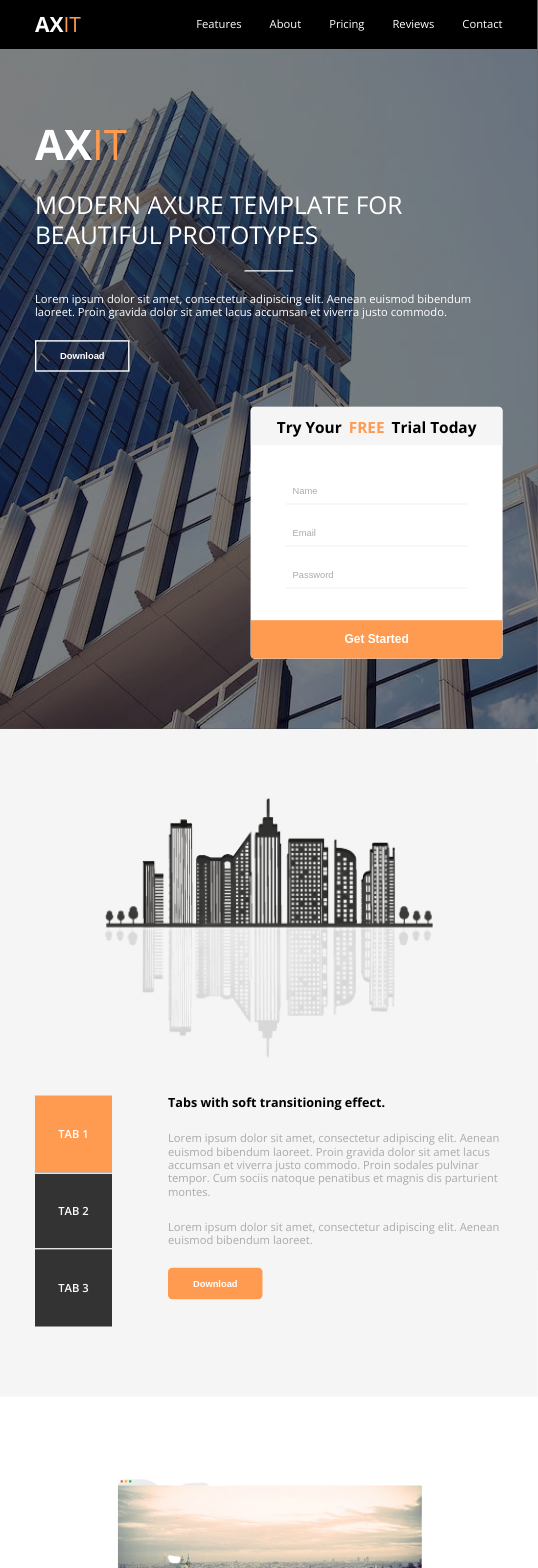
Repository: dinhtri123/axureThems
Page: index.html
An editor plug-in stored every save of this project. The page is shown before and after the next save, followed by the edit.
The browser window is 768 px wide. The pictures show the part of the page from y = 0 to 2240 px (the page is 5406 px tall), at 70% of full size.

Above is the page before, as saved 2023-02-11 19:16:11.

### index.html
<!DOCTYPE html>
<html lang="en">
  <head>
    <meta charset="UTF-8" />
    <meta http-equiv="X-UA-Compatible" content="IE=edge" />
    <meta name="viewport" content="width=device-width, initial-scale=1.0" />
    <title>Axure Themes</title>
    <script
      type="module"
      src="https://unpkg.com/ionicons@5.5.2/dist/ionicons/ionicons.esm.js"
    ></script>
    <script
      nomodule
      src="https://unpkg.com/ionicons@5.5.2/dist/ionicons/ionicons.js"
    ></script>
    <link rel="stylesheet" href="style.css" />
  </head>
  <body>
    <header>
      <div class="container headerMain">
        <a href="index.html" class="logo">
          <span>AX</span>
          <span>IT</span>
        </a>
        <nav>
          <ul>
            <li><a href="#">Features</a></li>
            <li><a href="#">About</a></li>
            <li><a href="#">Pricing</a></li>
            <li><a href="#">Reviews</a></li>
            <li><a href="#">Contact</a></li>
          </ul>
        </nav>
      </div>
    </header>
    <div class="banner">
      <div class="imageBanner">
        <img src="./image/banner.jpeg" alt="" />
      </div>
      <div class="container bannerMain">
        <div class="bannerLeft">
          <a href="index.html" class="logo logoBanner">
            <span>AX</span>
            <span>IT</span>
          </a>
          <h3>MODERN AXURE TEMPLATE FOR BEAUTIFUL PROTOTYPES</h3>
          <span class="line"></span>
          <p>
            Lorem ipsum dolor sit amet, consectetur adipiscing elit. Aenean
            euismod bibendum laoreet. Proin gravida dolor sit amet lacus
            accumsan et viverra justo commodo.
          </p>
          <button class="btn">Download</button>
        </div>
        <div class="bannerRight">
          <form autocomplete="off" class="formBanner">
            <h3>Try Your <span>FREE</span> Trial Today</h3>
            <div class="inputForm">
              <input type="text" name="name" id="name" placeholder="Name" />
              <input type="email" name="email" id="email" placeholder="Email" />
              <input
                type="password"
                name="password"
                id="password"
                placeholder="Password"
              />
            </div>
            <button class="btnForm">Get Started</button>
          </form>
        </div>
      </div>
    </div>
    <main>
      <div class="mainTabs">
        <div class="container mainTabsContent">
          <div class="tabsLeft">
            <div class="tabsNumber">
              <span class="tabs active" onclick="showTab(event,'tab1')">TAB 1</span>
              <span class="tabs" onclick="showTab(event,'tab2')">TAB 2</span>
              <span class="tabs" onclick="showTab(event,'tab3')">TAB 3</span>
            </div>
            <div class="tabsContent" id="tab1">
              <h3>Tabs with soft transitioning effect.</h3>
              <p>
                Lorem ipsum dolor sit amet, consectetur adipiscing elit. Aenean
                euismod bibendum laoreet. Proin gravida dolor sit amet lacus
                accumsan et viverra justo commodo. Proin sodales pulvinar
                tempor. Cum sociis natoque penatibus et magnis dis parturient
                montes.
              </p>
              <p>
                Lorem ipsum dolor sit amet, consectetur adipiscing elit. Aenean
                euismod bibendum laoreet.
              </p>
              <button class="btn btnTabs">Download</button>
            </div>
            <div class="tabsContent" id="tab2">
                <h3>Tabs 2 with soft transitioning effect.</h3>
                <p>
                  Lorem ipsum dolor sit amet, consectetur adipiscing elit. Aenean
                  euismod bibendum laoreet. Proin gravida dolor sit amet lacus
                  accumsan et viverra justo commodo. Proin sodales pulvinar
                  tempor. Cum sociis natoque penatibus et magnis dis parturient
                  montes.
                </p>
                <p>
                  Lorem ipsum dolor sit amet, consectetur adipiscing elit. Aenean
                  euismod bibendum laoreet.
                </p>
                <button class="btn btnTabs">Download</button>
              </div>
              <div class="tabsContent" id="tab3">
                <h3>Tabs 3 with soft transitioning effect.</h3>
                <p>
                  Lorem ipsum dolor sit amet, consectetur adipiscing elit. Aenean
                  euismod bibendum laoreet. Proin gravida dolor sit amet lacus
                  accumsan et viverra justo commodo. Proin sodales pulvinar
                  tempor. Cum sociis natoque penatibus et magnis dis parturient
                  montes.
                </p>
                <p>
                  Lorem ipsum dolor sit amet, consectetur adipiscing elit. Aenean
                  euismod bibendum laoreet.
                </p>
                <button class="btn btnTabs">Download</button>
              </div>
          </div>
          <div class="tabsRight">
            <img src="./image/img.png" alt="" />
          </div>
        </div>
      </div>
      <div class="mainSublist">
        <div class="container sublistMain">
          <div class="subLeft">
            <img src="./image/img2.png" alt="" />
          </div>
          <div class="subRight">
            <h3>Sub list Section</h3>
            <span class="line lineSub"></span>
            <p>
              Lorem ipsum dolor sit amet, consectetur adipiscing elit. Aenean
              euismod bibendum laoreet. Proin gravida dolor sit amet lacus
              accumsan et viverra justo commodo.
            </p>
            <div class="subDesc">
                <div class="ionicon">
                    <div class="icon">
                      <ion-icon name="cloud-upload"></ion-icon>
                    </div>
                </div>
              <div class="subDescItem">
                <h4>Title</h4>
                <p>
                  Lorem ipsum dolor sit amet, consectetur adipiscing elit.
                  Aenean euismod bibendum laoreet.
                </p>
              </div>
            </div>
            <div class="subDesc">
                <div class="ionicon">
                    <div class="icon">
                      <ion-icon name="cloud-download"></ion-icon>
                    </div>
                </div>
              <div class="subDescItem">
                <h4>Title</h4>
                <p>
                  Lorem ipsum dolor sit amet, consectetur adipiscing elit.
                  Aenean euismod bibendum laoreet.
                </p>
              </div>
            </div>
          </div>
        </div>
      </div>
      <div class="mainSection">
        <div class="container sectionContent">
          <div class="sectionLeft">
            <h3>Standard Picture Section</h3>
            <span class="line sectionLine"></span>
            <p>
              Lorem ipsum dolor sit amet, consectetur adipiscing elit. Aenean
              euismod bibendum laoreet. Proin gravida dolor sit amet lacus
              accumsan et viverra justo commodo. Proin sodales pulvinar tempor.
              Cum sociis natoque penatibus et magnis dis parturient montes.
            </p>
            <p>
              Lorem ipsum dolor sit amet, consectetur adipiscing elit. Aenean
              euismod bibendum laoreet.
            </p>
          </div>
          <div class="sectionRight">
            <img src="./image/img4.jpg" alt="" />
          </div>
        </div>
      </div>
      <div class="mainAwesome">
        <div class="container awesomeContent">
          <h2>WHY THIS IS AWESOME</h2>
          <span class="line lineSub"></span>
          <p>Lorem ipsum dolor sit amet, consectetur adipiscing elit.</p>
          <div class="awesomeItems">
            <div class="awesomeCard">
              <div class="icon iconAwesome">
                <ion-icon name="sunny"></ion-icon>
              </div>
              <h3>Thoughtfull Design</h3>
              <p>
                Lorem ipsum dolor sit amet, consectetur adipiscing elit. Aenean
                euismod bibendum laoreet. Proin gravida dolor sit amet lacus
                accumsan et viverra.
              </p>
            </div>
            <div class="awesomeCard">
              <div class="icon iconAwesome">
                <ion-icon name="radio"></ion-icon>
              </div>
              <h3>Well Carfted</h3>
              <p>
                Lorem ipsum dolor sit amet, consectetur adipiscing elit. Aenean
                euismod bibendum laoreet. Proin gravida dolor sit amet lacus
                accumsan et viverra.
              </p>
            </div>
            <div class="awesomeCard">
              <div class="icon iconAwesome">
                <ion-icon name="flash"></ion-icon>
              </div>
              <h3>Easy to Customer</h3>
              <p>
                Lorem ipsum dolor sit amet, consectetur adipiscing elit. Aenean
                euismod bibendum laoreet. Proin gravida dolor sit amet lacus
                accumsan et viverra.
              </p>
            </div>
          </div>
        </div>
      </div>
      <div class="mainStylish">
        <div class="stylishBanner">
          <img src="./image/banner12.jpeg" alt="" />
        </div>
        <div class="container stylishContent">
          <h2 class="stylishTitle">STYLISH AXURE DESIGN</h2>
          <span class="line"></span>
          <p>Use the sections you need, remove the ones you don't.  Create gorgeous prototypes faster than ever!</p>
          <button class="btn">Download</button>
        </div>
      </div>
      <div class="mainContact">
        <div class="container contactContent">
            <h2>CONTACT US</h2>
            <span class="line lineSub"></span>
            <p>Lorem ipsum dolor sit amet, consectetur adipiscing elit.</p>
            <div class="contactForm">
                <div class="contactLeft">

                    <input type="text" name="name" id="name" placeholder="Name" />
                  <input type="email" name="email" id="email" placeholder="Email" />
                  <input
                    type="text"
                    name="subject"
                    id="subject"
                    placeholder="Subject"
                  />
                </div>
                <div class="contactRight">
                    <textarea name="message" id="message" placeholder="Message"></textarea>
                </div>
            </div>
            <button class="btn btnContact">Send Message</button>
        </div>
      </div>
    </main>
    <footer>
            <div class="container footerMain">
                <div class="iconSocial">
                <ion-icon name="logo-facebook"></ion-icon>
                <ion-icon name="logo-twitter"></ion-icon>
                <ion-icon name="logo-google"></ion-icon>
                <ion-icon name="logo-pinterest"></ion-icon>
                <ion-icon name="logo-instagram"></ion-icon>
                <ion-icon name="logo-rss"></ion-icon>
                </div>
                <p>@2021 Axure Themes</p>
            </div>
    </footer>
  </body>
  <script src="./index.js"></script>
</html>

### style.css
@import url("https://fonts.googleapis.com/css2?family=Open+Sans:wght@400;500;600;700&display=swap");
* {
  margin: 0;
  padding: 0;
  box-sizing: border-box;
  scroll-behavior: smooth;
}
:root {
  --bg-black: #000;
  --bg-white: #fff;
  --bg-orange: #ff9b51;
  --bg-light: #f5f5f5;
  --bg-gray: #dfdfdf;
  --bg-text: #a9aaac;
}
body {
  font-family: "Open Sans", sans-serif;
  font-weight: 400;
  font-size: 16px;
  line-height: 1.2;
  width: 100%;
  max-height: 100vh;
  height: 100%;
  color: var(--bg-white);
}
button,
a,
input {
  cursor: pointer;
  text-decoration: none;
  border: none;
  outline: none;
}
.container {
  max-width: 1100px;
  width: 100%;
  height: 100%;
  margin: 0px auto;
}

header {
  width: 100%;
  height: 70px;
  background: var(--bg-black);
}
.headerMain {
  display: flex;
  justify-content: space-between;
  align-items: center;
}
.logo {
  display: flex;
  text-decoration: none;
  font-size: 30px;
}
.logo span:first-child {
  font-weight: 700;
  color: var(--bg-white);
}
.logo span:last-child {
  font-weight: 400;
  color: var(--bg-orange);
}
nav ul {
  display: flex;
  align-items: center;
  gap: 40px;
  list-style: none;
}
nav ul li a {
  text-decoration: none;
  color: var(--bg-white);
}

/* --------------------- */

/* --------BANNER------------ */

.banner {
  width: 100%;
  background: var(--bg-black);
  position: relative;
}
.imageBanner {
  position: absolute;
  inset: 0;
  width: 100%;
  height: 100%;
  z-index: 0;
  filter: brightness(0.5);
}
.imageBanner img {
  width: 100%;
  height: 100%;
  object-fit: cover;
}
.bannerMain {
  padding: 100px 0px;
  display: grid;
  grid-template-columns: repeat(2, 1fr);
  gap: 50px;
  z-index: 10;
  isolation: isolate;
}
.bannerLeft {
  display: flex;
  flex-direction: column;
  gap: 30px;
}
.bannerRight {
  display: flex;
  justify-content: end;
  align-items: center;
}

.logoBanner {
  font-size: 60px;
}
.bannerLeft > h3 {
  font-size: 35px;
  font-weight: 300;
}
.line {
  width: 70px;
  height: 2px;
  background-color: var(--bg-white);
  border-radius: 8px;
}

.btn {
  width: 135px;
  height: 45px;
  border: 2px solid var(--bg-white);
  display: flex;
  justify-content: center;
  align-items: center;
  font-weight: 600;
  background: transparent;
  color: var(--bg-white);
}

.formBanner {
  width: 360px;
  height: 360px;
  border-radius: 6px;
  background: var(--bg-white);
  display: flex;
  flex-direction: column;
  justify-content: space-between;
  align-items: center;
  overflow: hidden;
}
.formBanner > h3 {
  width: 100%;
  height: 55px;
  font-size: 22px;
  color: var(--bg-black);
  font-weight: 700;
  background: var(--bg-light);
  display: flex;
  justify-content: center;
  align-items: center;
}
.formBanner > h3 > span {
  color: var(--bg-orange);
  padding: 0px 10px;
}
.inputForm {
  width: 100%;
  height: 250px;
  padding: 0px 50px;
  display: flex;
  flex-direction: column;
  justify-content: center;
  gap: 20px;
}
input {
  border: none;
  border-bottom: 2px solid var(--bg-light);
  padding: 0px 10px;
  width: 100%;
  height: 40px;
  outline: none;
}
input::placeholder {
  color: var(--bg-text);
}
.btnForm {
  width: 100%;
  height: 55px;
  background: var(--bg-orange);
  display: flex;
  justify-content: center;
  align-items: center;
  font-weight: 600;
  color: var(--bg-white);
  border: none;
  outline: none;
  font-size: 17px;
}
/* -------------------------- */

/* -----main------- */

.mainTabs {
  width: 100%;
  background: var(--bg-light);
}

.mainTabsContent {
  width: 100%;
  padding: 100px 0px;
  color: var(--bg-black);
  display: grid;
  grid-template-columns: 2fr 1fr;
  gap: 50px;
}
.tabsLeft {
  display: flex;
  gap: 80px;
}

.tabsNumber {
  display: flex;
  flex-direction: column;
}
.tabsNumber .tabs {
  width: 110px;
  height: 110px;
  display: flex;
  justify-content: center;
  align-items: center;
  color: var(--bg-white);
  background: #333333;
  cursor: pointer;
  font-weight: 600;
}
.tabsNumber span:nth-child(2) {
  border-top: 2px solid var(--bg-light);
  border-bottom: 2px solid var(--bg-light);
}

.tabsContent {
  display: flex;
  gap: 30px;
  flex-direction: column;
}

.tabsContent p {
  color: var(--bg-text);
}
.btnTabs {
  background: var(--bg-orange);
  border: none;
  border-radius: 6px;
}
.lineSub {
  background: var(--bg-orange);
}

.sublistMain {
  width: 100%;
  padding: 100px 0px;
  display: grid;
  grid-template-columns: 1fr 1fr;
  gap: 50px;
}

.subRight {
  display: flex;
  flex-direction: column;
  gap: 30px;
  color: var(--bg-black);
}
h3 {
  font-size: 18px;
}
.subRight p {
  color: var(--bg-text);
}

.subDesc {
  display: flex;
  gap: 30px;
}
.ionicion{
  width:60px;
}
.icon {
  width: 40px;
  height: 40px;
  border: 2px solid var(--bg-orange);
  display: flex;
  justify-content: center;
  align-items: center;
  color: var(--bg-orange);
  border-radius: 50%;
}
.subDescItem {
  display: flex;
  flex-direction: column;
  gap: 10px;
}
.subDescItem > p {
  color: var(--bg-text);
}

.mainSection {
  width: 100%;
  background: var(--bg-light);
}
.sectionContent {
  width: 100%;
  padding: 100px 0px;
  display: grid;
  grid-template-columns: 1fr 1fr;
  gap: 50px;
}
.sectionLeft {
  display: flex;
  flex-direction: column;
  gap: 30px;
  color: var(--bg-black);
}
.sectionLine {
  background-color: var(--bg-orange);
}
.sectionLeft p {
  color: var(--bg-text);
}
.sectionRight {
  display: flex;
  justify-content: end;
}

.awesomeContent {
  width: 100%;
  padding: 100px 0px;
  display: flex;
  flex-direction: column;
  align-items: center;
  gap: 30px;
  color: var(--bg-black);
}
h2 {
  font-size: 40px;
  font-weight: 400;
}
.awesomeContent p {
  color: var(--bg-text);
  text-align: center;
}
.iconAwesome {
  width: 70px;
  height: 70px;
  font-size: 25px;
}
.awesomeItems {
  display: grid;
  grid-template-columns: repeat(3, 1fr);
  gap: 40px;
  margin-top: 20px;
}
.awesomeCard {
  display: flex;
  flex-direction: column;
  gap: 30px;
  align-items: center;
}

.mainStylish {
  position: relative;
  width: 100%;
}
.stylishBanner {
  position: absolute;
  inset: 0;
  width: 100%;
  height: 100%;
  filter: brightness(0.5);
  z-index: -1;
}
.stylishBanner img {
  width: 100%;
  height: 100%;
  object-fit: cover;
}
.stylishContent {
  display: flex;
  flex-direction: column;
  gap: 30px;
  align-items: center;
  padding: 80px 0px;
}
.stylishTitle {
  color: var(--bg-white);
}
.stylishContent p {
  color: var(--bg-text);
}

.contactContent {
  width: 100%;
  padding: 100px 0px;
  display: flex;
  flex-direction: column;
  gap: 30px;
  align-items: center;
}

.contactContent p {
  color: var(--bg-text);
}
.contactForm {
  width: 100%;
  display: grid;
  grid-template-columns: 1fr 1fr;
  gap: 50px;
}
.contactLeft {
  display: flex;
  flex-direction: column;
  gap: 20px;
}
.contactContent h2 {
  color: var(--bg-black);
}

textarea {
  width: 100%;
  height: 100%;

  border: none;
  outline: none;
  border-bottom: 2px solid var(--bg-light);
  padding: 5px 10px;
}
textarea::placeholder {
  font-size: 16px;
  color: var(--bg-text);
}
.btnContact {
  background: var(--bg-orange);
  font-weight: 500;
  border-radius: 6px;
  margin: auto;
}

/* ---------- */

footer {
  width: 100%;
  background: var(--bg-black);
}
.footerMain {
  padding: 20px 0px;
  display: flex;
  flex-direction: column;
  align-items: center;
  gap: 10px;
}
.iconSocial {
  display: flex;
  gap: 20px;
  align-items: center;
  color: var(--bg-text);
  font-size: 20px;
  cursor: pointer;
}
footer p {
  font-size: 14px;
  color: var(--bg-text);
}
.tabs.active {
  background-color: var(--bg-orange);
}
#tab2, #tab3 {
  display: none;
}
#tab1 {
  display: flex;
}



/* -----responsive------------ */

@media screen and (max-width: 1100px) {
  .container{
   padding-left:50px;
   padding-right:50px;
  }
}
@media screen and (max-width:999px) {
  .mainTabsContent, .sectionContent{
    display:flex;
    flex-direction: column-reverse;
  }
  .tabsRight, .subLeft, .sectionRight{
    width:70%;
    margin:auto;
  }
  .tabsRight img, .subLeft img, .sectionRight img{
    width:100%;
  }
  .sublistMain{
    display:flex;
    flex-direction: column;
  }
  .subRight h3, .sectionLeft h3{
    text-align: center;
  }
 .subRight p, .sectionLeft p{
    text-align: center;
  }
  .line{
    margin:auto;
  }

}

@media screen and (max-width:768px) {
  .bannerMain{
    display:flex;
    flex-direction: column;
  }
  .bannerLeft{

  }
}

### index.js

const tabs = document.querySelectorAll(".tabs");
const tabsContent = document.querySelectorAll(".tabsContent");
function showTab(e, content) {
  console.log(tabsContent)
  for (let i = 0;i < tabsContent.length; i++) {
    tabsContent[i].style.display = "none";
  }
  for (let i = 0; i < tabs.length; i++) {
    tabs[i].className = tabs[i].className.replace("active", " ");
  }
  document.getElementById(content).style.display = "flex";
    e.target.className += " active";
}

After the next save:
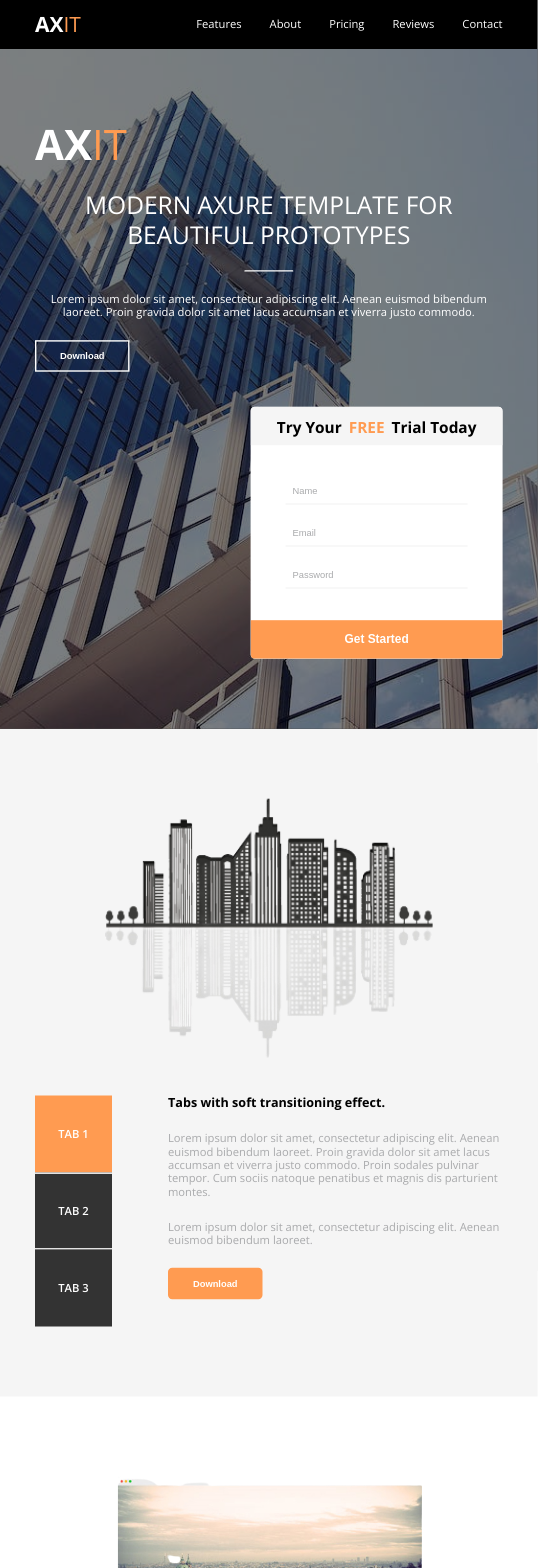
Saved 4 s later.
--- a/style.css
+++ b/style.css
@@ -525,6 +525,6 @@ footer p {
     flex-direction: column;
   }
   .bannerLeft{
-
-  }
-}
+    text-align: center;
+  }
+}
